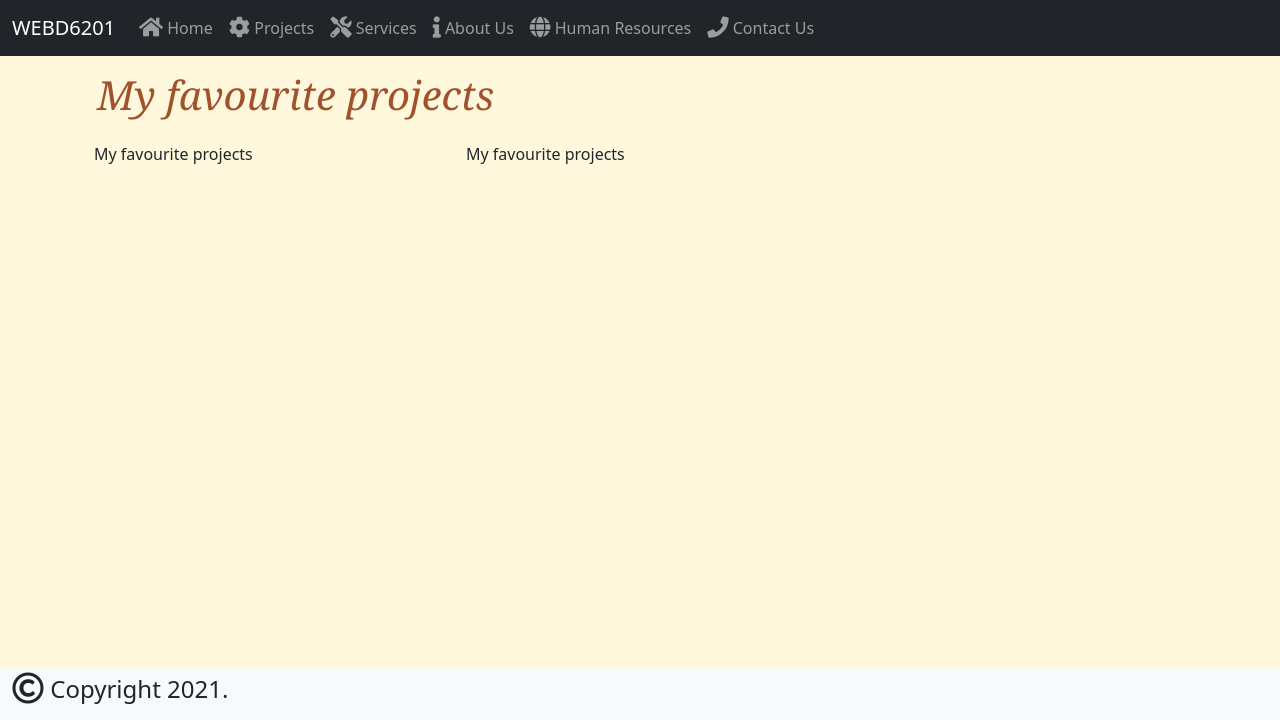
Repository: YiuWingLau/WEBD6201-W2021-Lab1
Page: projects.html
An editor plug-in stored every save of this project. The page is shown before and after the next save, followed by the edit.
The browser window is 1280 px wide. The pictures show the whole page.

Above is the page before, as saved 2021-02-04 20:03:42.

### projects.html
<!DOCTYPE html>
<html lang="en">
<head>
    <meta charset="UTF-8">
    <meta name="viewport" content="width=device-width, initial-scale=1.0">
    <title>Projects</title>

    <!--CSS Section -->
    <link rel="stylesheet" href="./node_modules/bootstrap/dist/css/bootstrap.min.css">
    <link rel="stylesheet" href="./node_modules/@fortawesome//fontawesome-free/css/all.min.css">
    <link rel="stylesheet" href="./Content/app.css">
</head>
<body>
    <!-- Main Header-->
    <header>
      <!-- Main Navigation-->
      <nav class="navbar navbar-expand-lg navbar-dark bg-dark">
          <div class="container-fluid">
            <a class="navbar-brand" href="index.html">WEBD6201</a>
            <button class="navbar-toggler" type="button" data-bs-toggle="collapse" data-bs-target="#navbarSupportedContent" aria-controls="navbarSupportedContent" aria-expanded="false" aria-label="Toggle navigation">
              <span class="navbar-toggler-icon"></span>
            </button>
            <div class="collapse navbar-collapse" id="navbarSupportedContent">
              <ul class="navbar-nav me-auto mb-2 mb-lg-0">

                <li id="navBarIndex" class="nav-item">
                  <a class="nav-link" aria-current="page" href="index.html"><i class="fas fa-home fa-lg"></i> Home</a>
                </li>

                <li id="navBarProjects" class="nav-item">
                  <a class="nav-link active" aria-current="page" href="products.html"><i class="fas fa-cog fa-lg"></i> Products</a>
                </li>

                <li id="navBarServices" class="nav-item">
                  <a class="nav-link" aria-current="page" href="services.html"><i class="fas fa-tools fa-lg"></i> Services</a>
                </li>

                <li id="navBarAboutUs" class="nav-item">
                  <a class="nav-link" aria-current="page" href="about.html"><i class="fas fa-info fa-lg"></i> About Us</a>
                </li>

                <li id="navBarContactUs" class="nav-item">
                  <a class="nav-link" aria-current="page" href="contact.html"><i class="fas fa-phone fa-lg"></i> Contact Us</a>
                </li>

              </ul>
            </div>
          </div>
      </nav>
    </header>
    <!-- Main Content -->
    <main class="container">
    </main>

    <!-- Main Footer -->
    <footer>
        <nav class="navbar fixed-bottom navbar-light bg-light">
            <div class="container-fluid">
              <h4><i class="far fa-copyright fa-lg"></i> Copyright 2021.</a></h4>
            </div>
        </nav>
    </footer>
    <!-- JavaScript Section -->
    <script src="./node_modules/jquery/dist/jquery.min.js"></script>
    <script src="./node_modules/bootstrap/dist/js/bootstrap.bundle.min.js"></script>
    <script src="./Scripts/app.js"></script>
</body>
</html>

### Content/app.css
h1 {
    padding: 15px;
    color: sienna;
    font-family: Cambria, Cochin, Georgia, Times, 'Times New Roman', serif;
    font-style: italic;
}

p {
    padding: 15px;
    color: blue;
    font-family:Cambria, Cochin, Georgia, Times, 'Times New Roman', serif;
    font-style: italic;
    font-size: 25px;
    text-align: justify;
}

body {
    background-color: cornsilk;
}

#homePicture {
    width: 1000px;
    height: 600px;
}

### Scripts/app.js
/* custom JavaScript goes here */

//IIFE - Immediately Invoked Function Expression
//AKA - Anonymous Self-Executing Function
//Closure - limits scope leak

"use strict";

(function()
{
    function displayHome()
    {
      // create heading element
      let homeHeading = document.createElement("h1");
      // configure the element
      homeHeading.setAttribute("id", "homeHeading");
      homeHeading.textContent = "Welcome to WEBD6201";
      // select the parent element
      let mainContent = document.getElementsByTagName("main")[0];
      // Add / Insert the element
      mainContent.appendChild(homeHeading);

      // inject the background image to the home pageinject the background image to the home page
        let myhomebackground = document.createElement("img");
        myhomebackground.setAttribute("id", "homePicture");
        myhomebackground.setAttribute("src", "./images/homepagebackground.jpg");
        myhomebackground.setAttribute("alt", "Computer Programmer");
        mainContent.appendChild(myhomebackground);

        // inject the first paragraph to the home page
        let newParagraph = document.createElement("p");
        newParagraph.setAttribute("id", "paragraphTwo");
        newParagraph.textContent = "We provide the best programming service for you...";
        mainContent.appendChild(newParagraph);
    }

    function displayAbout()
    {
        //create new element Human Resources
        let myPicture = document.createElement("img");
        myPicture.setAttribute("id", "myImage");
        myPicture.setAttribute("src", "./images/img_me.jpg");
        myPicture.setAttribute("alt", "Nelson Lau");
        myPicture.setAttribute("width", "192");
        myPicture.setAttribute("height", "108");

        // Step 1. document.createElement
        let ParagraphOne = document.createElement("p");
        // Step 2. configure the element
        ParagraphOne.setAttribute("id", "myIntroduction");
        ParagraphOne.textContent = "Here are my favourite projects.";
        // Step 3. select the parent element
        let mainContent = document.getElementsByTagName("main")[0];
        mainContent.appendChild(myPicture);
        // Step 4. Add / Insert the element
        mainContent.appendChild(ParagraphOne);
        ParagraphOne.className = "fs-lg";

    }

    function displayProjects()
    {
      // create and add heading to Projects page
      let projectHeading = document.createElement("h1");
      projectHeading.setAttribute("id", "projectHeading");
      projectHeading.textContent = " My favourite projects";
      let mainContent = document.getElementsByTagName("main")[0];
      mainContent.appendChild(projectHeading);


      // create favorite projects element div tag
      let project = document.createElement("div");
      project.setAttribute("class", "container");
      project.setAttribute("id", "project");
      mainContent.appendChild(project);

      // create & insert first favorite project detail
      project.innerHTML = `<div class="row"><div class="col-4"> My favourite projects</div><div class="col-8"> My favourite projects</div></div>`;
      project.innerHTML = `<div class="row"><div class="col-4"> My favourite projects</div><div class="col-8"> My favourite projects</div></div>`;
      project.innerHTML = `<div class="row"><div class="col-4"> My favourite projects</div><div class="col-8"> My favourite projects</div></div>`;


      //let projectContent = document.getElementsByTagName("project")[0];
      //projectContent.appendChild(projectOne);



      //let projectParagraphOne = document.createElement("p");
        // Step 2. configure the element
        //newParagraph.setAttribute("id", "myprojects");
        //newParagraph.textContent = "Here are my famourite projects.";
        // Step 3. select the parent element
       // let mainContent = document.getElementsByTagName("main")[0];
        // Step 4. Add / Insert the element
       // mainContent.appendChild(newParagraph);
       // newParagraph.className = "fs-12";
    }

    function displayHumanResources()
    {

    }

    function displayServices()
    {

        // another way of injecting content
        let paragraphDiv = document.createElement("div");
        let paragraphThree = `<p id="paragraphThree" class="fs-7 fw-bold">And this is the Third Paragraph</p>`;
        paragraphDiv.innerHTML = paragraphThree;

        // insertions

        // example of inserting before a node
        // newParagraph.before(paragraphDiv);

        // example of inserting after a node
        newParagraph.after(paragraphDiv);

        // deletions

        // example of removing a single element
        //paragraphOneElement.remove();

        // example of removeChild
       // mainContent.removeChild(paragraphOneElement);
        // update / modification
        //mainContent.firstElementChild.textContent = "Welcome Home!";
    }

    function displayContact()
    {
        let messageArea = document.getElementById("messageArea");
        messageArea.hidden = true;

        // form validation
        let fullName = document.getElementById("fullName");
        fullName.addEventListener("blur", function() {
            if(fullName.value.length < 2)
            {
                fullName.focus();
                fullName.select();
                messageArea.hidden = false;
                messageArea.className = "alert alert-danger";
                messageArea.textContent = "Please enter an appropriate Name";
            }
            else
            {
                messageArea.removeAttribute("class");
                messageArea.hidden = true;
            }
        });

        let sendButton = document.getElementById("sendButton");
        sendButton.addEventListener("click", function(event){
            //event.preventDefault();

            let contact = new Contact(fullName.value, contactNumber.value, emailAddress.value);

            if(contact.serialize())
            {
              localStorage.setItem((localStorage.length + 1).toString(), contact.serialize());
            }

        });
    }

    function displayContactList()
    {
      if (localStorage.length > 0)
      {
        let contactList = document.getElementById("contactList");

        let data = "";

        for (let index = 0; index < localStorage.length; index++)
        {
          let contactData = localStorage.getItem((index + 1).toString());

          let contact = new Contact();
          contact.deserialize(contactData);

          data += `<tr>
          <th scope="row">${index + 1}</th>
          <td>${contact.FullName}</td>
          <td>${contact.ContactNumber}</td>
          <td>${contact.EmailAddress}</td>
        </tr>`;
        }

        contactList.innerHTML = data;
      }
    }

    // function to correct the wrong link and text content in navigation bar
    function changeNavBarName()
    {
        let navName = document.getElementById("navBarProjects");
        navName.innerHTML = `<a class='nav-link' aria-current='page' href='projects.html'><i class="fas fa-cog fa-lg"></i> Projects</a>`;
    }

    // function to add Human Resource element to Nav Bar between About Us and Contact Us
    function addNewNavBarElement()
    {
        //create new element Human Resources
        let newListElement = document.createElement("li");
        newListElement.setAttribute("id", "navBarHumanResources");
        newListElement.setAttribute("class", "nav-item");
        newListElement.innerHTML = `<a class='nav-link' aria-current='page' href='Human-Resources.html'><i class="fas fa-globe fa-lg"></i> Human Resources</a>`;
        // append new element after About Us
        let aboutUsListElement = document.getElementById("navBarAboutUs");
        aboutUsListElement.after(newListElement);
    }

    function Start()
    {
        console.log("App Started...");

        changeNavBarName();

        addNewNavBarElement();

        switch (document.title)
        {
          case "Home":
              displayHome();
            break;
          case "About":
              displayAbout();
            break;
          case "Projects":
              displayProjects();
            break;
          case "Human Resources":
              displayHumanResources();
            break;
          case "Services":
              displayServices();
            break;
          case "Contact":
              displayContact();
            break;
          case "Contact-List":
            displayContactList();
          break;
        }

    }

    window.addEventListener("load", Start);

})();

Loaded but not shown: node_modules/bootstrap/dist/css/bootstrap.min.css (library); node_modules/@fortawesome/fontawesome-free/css/all.min.css (library); node_modules/jquery/dist/jquery.min.js (library); node_modules/bootstrap/dist/js/bootstrap.bundle.min.js (library)

After the next save:
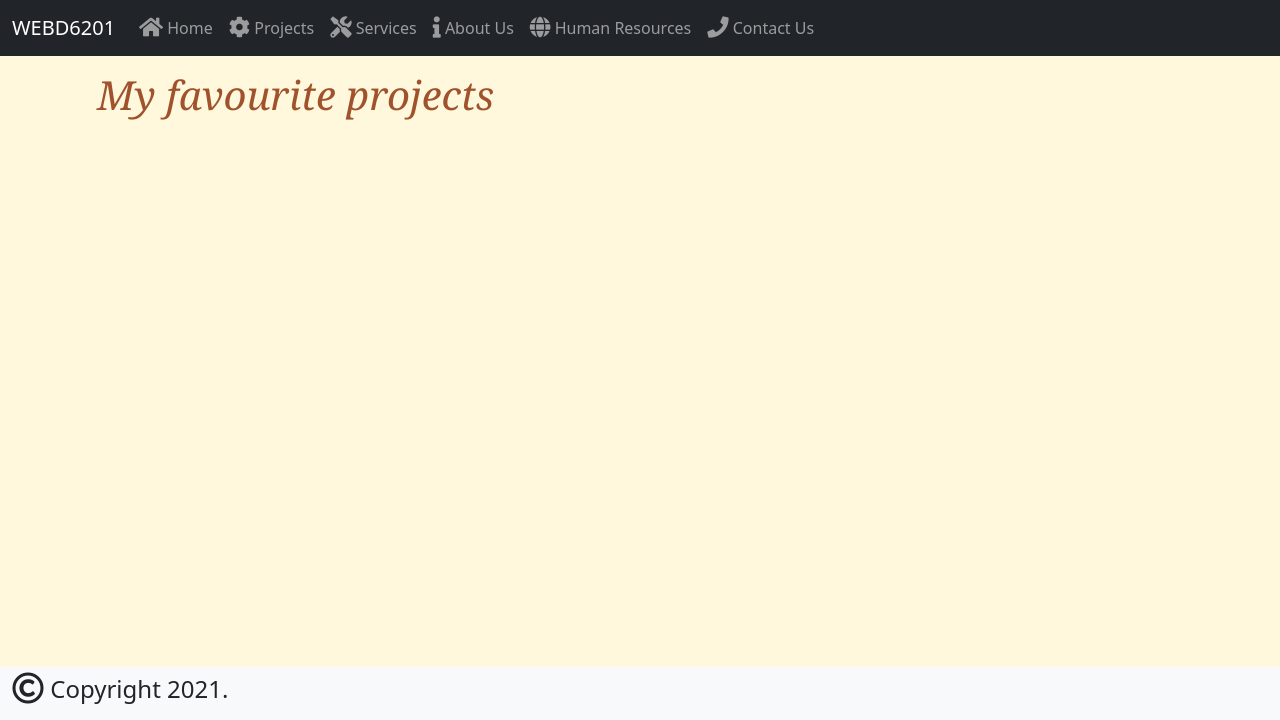
Saved 4 min 42 s later.
--- a/Scripts/app.js
+++ b/Scripts/app.js
@@ -75,9 +75,14 @@
       mainContent.appendChild(project);
 
       // create & insert first favorite project detail
-      project.innerHTML = `<div class="row"><div class="col-4"> My favourite projects</div><div class="col-8"> My favourite projects</div></div>`;
-      project.innerHTML = `<div class="row"><div class="col-4"> My favourite projects</div><div class="col-8"> My favourite projects</div></div>`;
-      project.innerHTML = `<div class="row"><div class="col-4"> My favourite projects</div><div class="col-8"> My favourite projects</div></div>`;
+      let projectOne = document.createElement("div");
+      project.setAttribute("class", "row");
+      project.setAttribute("id", "projectOne");
+      projectOne = `<div class="col-4"> My favourite projects</div><div class="col-8"> My favourite projects</div>`;
+      mainContent.appendChild(project);
+      //projectTwo = `<div class="row"><div class="col-4"> My favourite projects</div><div class="col-8"> My favourite projects</div></div>`;
+      //projectThree = `<div class="row"><div class="col-4"> My favourite projects</div><div class="col-8"> My favourite projects</div></div>`;
+
 
 
       //let projectContent = document.getElementsByTagName("project")[0];
